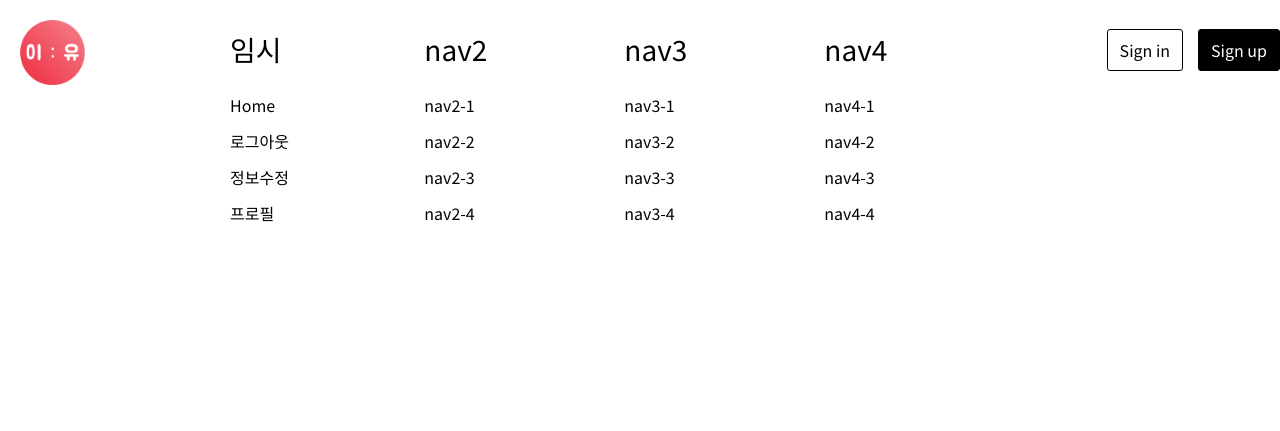
Repository: ryuwc/E_U
Page: /feeling (app in final-pjt-front/)
The author's editor kept a copy of each file at every save. The page is drawn from the files as they stood at one save, then again after the next save.
The browser window is 1280 px wide. The pictures show the whole page.
The page's requests for data from a server got no answer. Some web libraries are served in a nearby version. The project was rebuilt for these pictures with package versions that can differ from the ones it lists, and the page was loaded fresh each time. No one was signed in, and anything a server would have sent is missing. Also part of the build but not shown: final-pjt-front/vue.config.js.

Above is the page before, as saved 2022-11-23 11:28:35.

### final-pjt-front/public/index.html
<!DOCTYPE html>
<html lang="">
  <head>
    <meta charset="utf-8">
    <meta http-equiv="X-UA-Compatible" content="IE=edge">
    <meta name="viewport" content="width=device-width,initial-scale=1.0">
    <link rel="icon" href="<%= BASE_URL %>favicon.ico">
    <title>이:유</title>
    <link href="https://cdn.jsdelivr.net/npm/bootstrap@5.2.0/dist/css/bootstrap.min.css" rel="stylesheet" integrity="sha384-gH2yIJqKdNHPEq0n4Mqa/HGKIhSkIHeL5AyhkYV8i59U5AR6csBvApHHNl/vI1Bx" crossorigin="anonymous">
    <link rel="preconnect" href="https://fonts.googleapis.com">
    <link rel="preconnect" href="https://fonts.gstatic.com" crossorigin>
    <link href="https://fonts.googleapis.com/css2?family=Pacifico&display=swap" rel="stylesheet">

    <!-- 온보딩 -->
    <link rel="preconnect" href="https://fonts.googleapis.com" />
    <link rel="preconnect" href="https://fonts.gstatic.com" crossorigin />
    <link href="https://fonts.googleapis.com/css2?family=Noto+Sans+KR:wght@300;400;500;700&display=swap" rel="stylesheet" />
  </head>
  <body>
    <noscript>
      <strong>We're sorry but <%= htmlWebpackPlugin.options.title %> doesn't work properly without JavaScript enabled. Please enable it to continue.</strong>
    </noscript>
    <div id="app"></div>
    <!-- built files will be auto injected -->
    <script src="https://cdn.jsdelivr.net/npm/bootstrap@5.2.0/dist/js/bootstrap.bundle.min.js" integrity="sha384-A3rJD856KowSb7dwlZdYEkO39Gagi7vIsF0jrRAoQmDKKtQBHUuLZ9AsSv4jD4Xa" crossorigin="anonymous"></script>
    <script src="https://kit.fontawesome.com/703c5975bf.js" crossorigin="anonymous"></script>
  </body>
</html>

### final-pjt-front/src/main.js
import Vue from 'vue'
import App from './App.vue'
import store from './store'
import router from './router'
import './assets/tailwind.css'

Vue.config.productionTip = false

new Vue({
  store,
  router,
  render: h => h(App)
}).$mount('#app')

### final-pjt-front/src/App.vue
<template>
  <div id="app">
    <body>
      <header id="header">
        <div class="header">

          <img src="./image/logo.png"
          style="width: 65px; height: 65px; margin-left: 20px; margin-top: 20px; margin-bottom: 20px;"
          >

          <nav>
            <ul>
              <li>
                <div class="list">
                  <h3 class="nav_text">임시</h3>
                  <div class="hidden_nav_list">
                    <a href="">
                      <router-link  to="/home"><p class="hidden_nav_list_text">Home</p></router-link>
                    </a>
                    <a href="" @click.prevent="logOut">
                      <p class="hidden_nav_list_text">로그아웃</p>
                    </a>
                    <a href="">
                      <router-link to="/edit"><p class="hidden_nav_list_text">정보수정</p></router-link>
                    </a>
                    <a href="">
                      <router-link to="/profile"><p class="hidden_nav_list_text">프로필</p></router-link>
                    </a>
                  </div>
                </div>
              </li>
              <li>
                <div class="list">
                  <h3 class="nav_text">nav2</h3>
                  <div class="hidden_nav_list">
                    <a href="">
                      <p class="hidden_nav_list_text">nav2-1</p>
                    </a>
                    <a href="">
                      <p class="hidden_nav_list_text">nav2-2</p>
                    </a>
                    <a href="">
                      <p class="hidden_nav_list_text">nav2-3</p>
                    </a>
                    <a href="">
                      <p class="hidden_nav_list_text">nav2-4</p>
                    </a>
                  </div>
                </div>
              </li>
              <li>
                <div class="list">
                  <h3 class="nav_text">nav3</h3>
                  <div class="hidden_nav_list">
                    <a href="">
                      <p class="hidden_nav_list_text">nav3-1</p>
                    </a>
                    <a href="">
                      <p class="hidden_nav_list_text">nav3-2</p>
                    </a>
                    <a href="">
                      <p class="hidden_nav_list_text">nav3-3</p>
                    </a>
                    <a href="">
                      <p class="hidden_nav_list_text">nav3-4</p>
                    </a>
                  </div>
                </div>
              </li>
              <li>
                <div class="list">
                  <h3 class="nav_text">nav4</h3>
                  <div class="hidden_nav_list">
                    <a href="">
                      <p class="hidden_nav_list_text">nav4-1</p>
                    </a>
                    <a href="">
                      <p class="hidden_nav_list_text">nav4-2</p>
                    </a>
                    <a href="">
                      <p class="hidden_nav_list_text">nav4-3</p>
                    </a>
                    <a href="">
                      <p class="hidden_nav_list_text">nav4-4</p>
                    </a>
                  </div>
                </div>
              </li>
            </ul>
          </nav>

          <div class="header_button_group">
            <router-link v-if="!isLogin" to="/login"><button class="header_button_signin" style="color: black;">Sign in</button></router-link>
            <router-link v-if="!isLogin" to="/signup"><button class="header_button_signup">Sign up</button></router-link>
          </div>
        </div>
      </header>
    </body>


    <!-- 임시로 사용한 네브바 -->
    <!-- <nav>
      <router-link  to="/home">| Home |</router-link>
      <router-link v-if="!isLogin" to="/signup">| Sign Up |</router-link>
      <router-link v-if="!isLogin" to="/login">Login |</router-link>
      <button v-if="isLogin" @click="logOut">로그아웃 |</button>
      <router-link v-if="isLogin" to="/edit">정보수정</router-link> |
      <router-link v-if="isLogin" to="/profile">Profile |</router-link>
      <router-link to="/practice">연습</router-link> |
    </nav> -->

    <router-view />
  </div>
</template>

<script>
import { mapActions, mapGetters } from 'vuex';

const moviesStore = 'moviesStore';

export default {
  name: 'App',

  data() {
    return {
      header: null,
      logo: null,
      navText: null,
      hiddenNavText: null,
      headerBtnSignin: null,
    };
  },
  methods: {
    ...mapActions('accountsStore', ['logOut']),
    ...mapActions(moviesStore, ['getMovies']),
    ...mapActions(moviesStore, ['getNowMovies']),
    getId: (id) => {
      return document.getElementById(id);
    },
    getClass: (className) => {
      return document.getElementsByClassName(className);
    },
    test() {
      return console.log(this.getId('header'));
    },
    handleHoverHeader() {
      this.header.style.backgroundColor = '#fff';
      this.header.style.height = '250px';
      // if (this.headerBtnSignin) {
      //   this.headerBtnSignin[0].style.color = '#000';
      // }
      // this.logo.src = 'https://e7.pngegg.com/pngimages/941/692/png-clipart-black-small-apple-logo-logo-material-apple-logo.png';
      Object.values(this.navText).map((text) => (text.style.color = '#000'));
      Object.values(this.hiddenNavText).map((text) => {
        text.style.display = 'block';
        text.style.color = '#000';
      });
    },
    handleLeaveHeader() {
      this.header.style.backgroundColor = 'rgba(0,0,0,0)';
      this.header.style.height = '100px';
      // if (this.headerBtnSignin) {
      //   this.headerBtnSignin[0].style.color = '#fff';
      // }
      // this.logo.src = 'https://e7.pngegg.com/pngimages/941/692/png-clipart-black-small-apple-logo-logo-material-apple-logo.png';
      Object.values(this.navText).map((text) => (text.style.color = '#fff'));
      Object.values(this.hiddenNavText).map((text) => {
        text.style.display = 'none';
        text.style.color = '#000';
      });
    },
    main: () => {
      // header = this.getId('header');
    },
  },
  computed: {
    ...mapGetters('accountsStore', ['isLogin']),
    ...mapGetters('accountsStore', ['nickname']),
  },
  created() {
    this.getMovies(), this.getNowMovies();
  },
  mounted() {
    this.header = this.getId('header');
    this.logo = this.getId('logo');
    this.navText = this.getClass('nav_text');
    this.hiddenNavText = this.getClass('hidden_nav_list_text');
    this.headerBtnSignin = this.getClass('header_button_signin');
    // console.log(this.header);
    this.header.addEventListener('mouseover', this.handleHoverHeader);
    this.header.addEventListener('mouseleave', this.handleLeaveHeader);
  },
};
</script>


<style scoped>

body {
  margin: 0;
  padding: 0;
  width: 100%;
  height: 100%;
  background-color: white;
  color: white;
  font-family: 'Noto Sans KR', sans-serif;
}

body::-webkit-scrollbar {
  display: none;
}

h1,
h2,
h3,
h4,
h5,
h6,
ul,
li,
p {
  margin: 0;
  padding: 0;
}

ul {
  display: flex;
  height: 100%;
  list-style-type: none;
  color: inherit;
}

li {
  display: flex;
  justify-content: center;
  align-items: center;
  width: 120px;
  height: 100%;
  text-align: center;
  margin-right: 80px;
}

a {
  text-decoration: none;
  color: inherit;
}

button {
  background-color: #000;
  padding: 8px 12px;
  border: 1px solid #000;
  cursor: pointer;
  border-radius: 3px;
  color: white;
  height: fit-content;
}

button:hover {
  transform: scale(1.05);
}

button:active {
  transform: scale(0.97);
}

header {
  position: absolute;
  top: 0;
  width: 100%;
  /* height: 300px; */
  height: 100px;
  transition: 0.2s ease-in-out;
  z-index: 100;
  background-color: rgba(0, 0, 0, 0);
  overflow: hidden;
}

#header {
  display: flex;
  justify-content: center;
}

.header {
  display: flex;
  justify-content: space-between;
  width: 1280px;
  height: 100px;
}

.header_wrapper {
  display: flex;
  justify-content: space-between;
  /* width: 1280px; */
}

.logo {
  display: flex;
  align-items: center;
  width: 100px;
  height: 100px;
}

.logo img {
  width: 100%;
}

.header_button_group {
  display: flex;
  align-items: center;
  height: 100%;
}

.header_button_signin {
  margin-right: 15px;
  background-color: transparent;
}

.list {
  position: relative;
}

.hidden_nav_list {
  position: absolute;
  top: 60px;
  left: 0;
  width: 120px;
  text-align: left;
}

.hidden_nav_list p {
  margin-bottom: 12px;
  cursor: pointer;
}

.section {
  position: relative;
  width: 100vw;
  height: 100vh;
  transition: all 700ms ease 0s;
}

.section_text {
  position: absolute;
  display: flex;
  justify-content: center;
  width: 100vw;
  z-index: 2;
  top: 150px;
}

.section_header {
  top: 200px;
}

.section_text div {
  width: 1280px;
}

.section_text h2 {
  font-size: 64px;
  text-shadow: 2px 2px 2px #000;
}

.img {
  position: absolute;
  width: 100%;
  height: 100vh;
}

.img img {
  width: 100%;
  height: 100vh;
}

.more_btn {
  top: unset;
  bottom: 100px;
}

.more_btn button {
  width: 200px;
  height: 40px;
  background-color: #eee;
  border: 1px solid #000;
  color: #000;
  border: none;
  box-shadow: 2px 2px 5px rgba(0, 0, 0, 0.5);
}

#section_1_title,
#section_2_title,
#section_3_title,
#section_4_title,
#section_5_title,
#section_6_title {
  opacity: 0;
  transition: 0.5s ease-in-out;
  transition-delay: 0.5s;
  margin-left: 100px;
}

#section_6_btn {
  opacity: 0;
  transition: 0.5s ease-in-out;
  transition-delay: 0.5s;
  transform: translateY(100px);
}

#section_1_title {
  margin-left: 0;
}

.balls {
  width: 10em;
  display: flex;
  flex-flow: row nowrap;
  align-items: center;
  justify-content: space-between;
}

.balls div {
  width: 3em;
  height: 3em;
  border-radius: 50%;
  background-color: #fc2f70;
  transform: translateY(-100%);
  animation: wave 3s ease-in-out alternate infinite;
}

.balls div:nth-of-type(1) {
  animation-delay: -0.4s;
}

.balls div:nth-of-type(2) {
  animation-delay: -0.2s;
}
.balls div:nth-of-type(3) {
  animation-delay: -0.1s;
}

@keyframes wave {
  from {
    transform: translateY(-50%);
  }
  to {
    transform: translateY(50%);
  }
}

</style>

### final-pjt-front/src/store/index.js
import Vue from 'vue'
import Vuex from 'vuex'
import accountsStore from './modules/accountsStore'
import moviesStore from './modules/moviesStore';
import createPersistedState from "vuex-persistedstate";
import VuexPersistence from 'vuex-persistedstate'

Vue.use(Vuex)

const vuexLocal = new VuexPersistence({
  storage: window.localStorage,
  modules: ['accountsStore'],
})

export default new Vuex.Store({
  plugins: [createPersistedState()],

  state: {
  },
  getters: {
  },
  mutations: {
  },
  actions: {
  },
  modules: {
    accountsStore: accountsStore,
    moviesStore: moviesStore,
    plugins: [vuexLocal.plugin],
  }
})

### final-pjt-front/src/router/index.js
import Vue from 'vue'
import VueRouter from 'vue-router'

Vue.use(VueRouter)

const routes = [
  {
    path: '/signup',
    name: 'SignView',
    component: () => import('../views/accounts/SignUpView.vue')
  },
  {
    path: '/login',
    name: 'LoginView',
    component: () => import('../views/accounts/LoginView.vue'),

  //   beforeEnter(to, from, next) {
  //     // 이미 로그인 되어있는 경우
  //     this.$store.getters[accountsStore + "/i"] ? next({ name: "home" }) : next();
  //     to, from, next;
  //     console.log();
  //     // if (localStorage.getItem('token')) {
  //     //   // 메인 페이지로 이동
  //     //   next({ name: 'main' });
  //     // } else {
  //     //   next();
  //     // }
  //   }
  },
  {
    path: '/edit',
    name: 'EditUserView',
    component: () => import('../views/accounts/EditUserView.vue')
  },
  {
    path: '/profile/:id',
    name: 'ProfileView',
    component: () => import('../views/accounts/ProfileView.vue')
  },
  // {
  //   path: '/',
  //   name: 'IntroPageView',
  //   component: () => import('../views/movies/IntroPageView.vue')
  // },
  {
    path: '/home',
    name: 'MovieView',
    component: () => import('../views/movies/MovieView.vue')
  },
  {
    path: '/practice',
    name: 'PracticeView',
    component: () => import('../views/accounts/PracticeView.vue')
  },
  {
    path: '/test',
    name: 'TestView',
    component: () => import('../views/accounts/TestView.vue')
  },
  {
    path: '/choice',
    name: 'ChoiceMovieView',
    component: () => import('../views/accounts/ChoiceMovieView.vue')
  },
  {
    path: '/random',
    name: 'RandomMovieView',
    component: () => import('../views/movies/RandomMovieView.vue')
  },
  {
    path: '/feeling',
    name: 'FeelingMovieView',
    component: () => import('../views/movies/FeelingMovieView.vue')
  },
  {
    path: '/movies/:id',
    name: 'MovieDetailInfoView',
    component: () => import('../views/movies/MovieDetailInfoView.vue')
  },
  {
    path: '/',
    name: 'onBoardingView',
    component: () => import('../views/onBoardingView.vue')
  },
  {
    path: '/test2',
    name: 'TestTwoView',
    component: () => import('../views/TestTwoView.vue')
  },
  {
    path: '/test3',
    name: 'TestThree',
    component: () => import('../views/testThree.vue')
  },
  {
    path: '/maintest',
    name: 'MainTest',
    component: () => import('../views/MainTest.vue')
  },
  {
    path: '*',
    name: 'NotPound404View',
    component: () => import('../views/NotPound404View.vue')
  },
]

const router = new VueRouter({
  mode: 'history',
  base: process.env.BASE_URL,
  routes
})

// 로컬스토리지에서 토큰 가져오기
// console.log(JSON.parse(localStorage.getItem("vuex")).accountsStore.token);


// // 전역 가드
// router.beforeEach((to, from, next) => {
//   // 로그인 되어 있는지 확인 (위의 방법 확인)
//   const isLogin = JSON.parse(localStorage.getItem("vuex")).accountsStore.token ? true : false;
//   // 로그인이 필요한 페이지
//   const authPages = ['EditUserView', 'profile'];
//   // 앞으로 이동할 페이지(to)가 로그인이 필요한 페이지에 속하는지 확인
//   const authRequired = authPages.includes(to.name);
//   // 로그인이 필요한 페이지에 로그인이 되어 있지 않으면 로그인 페이지로 이동
//   if (authRequired && !isLogin) {
//     next('/login');
//     // 로그인이 필요 없는 페이지에 로그인이 되어 있으면 메인 페이지로 이동
//   } else{
//     next();
//   }
// })

export default router

### final-pjt-front/src/store/modules/accountsStore.js
import axios from "axios";
import router from "@/router";

const API_URL = "http://127.0.0.1:8000";

const accountsStore = {
  namespaced: true,
  state: {
    token: "",
    user: {},
    usernames: [],
  },
  getters: {
    authHead: (state) => ({ Authorization: `Token ${state.token}` }),
    user: (state) => state.user,
    username: (state) => state.user.username,
    nickname: (state) => state.user.nickname || state.user.username,
    isLogin: (state) => state.token ? true : false,
    usernames: (state) => state.usernames,

  },
  mutations: {
    SET_TOKEN: (state, token) => ( state.token = token ),
    SET_USER: (state, user) => (state.user = user),
  },
  actions: {
    test() {
      console.log("test");
    },
    getUserInfo({ commit, getters }, username) {
      axios({
        method: "get",
        url: `${API_URL}/accounts/profile/${username}`,
        headers: getters.authHead,
      })
        .then((res) => {
          console.log(res.data);
          commit("SET_USER", res.data);
        })
        .catch((err) => {
          console.log(err);
        });
    },

    signUp({ state }, user) {
      // console.log("sign up");
      // console.log(user);
      let signUpuser = {
        username: user.username,
        nickname: user.nickname,
        password1: user.password1,
        password2: user.password2,
      };
      if (!user.nickname) {
        signUpuser = {
          username: user.username,
          password1: user.password1,
          password2: user.password2,
        };
      }
      // console.log(signUpuser);
      axios({
        method: "post",
        url: "http://127.0.0.1:8000/accounts/signup/",
        data: { ...signUpuser },
      })
        .then((res) => {
          res
          state.usernames.push(user.username);
          router.push({ name: "LoginView" });
        })
        .catch((err) => {
          console.log(err);
        });
    },
    login({ commit, dispatch }, user) {
        // console.log(user);
        axios({
          method: 'post',
          url: `${API_URL}/accounts/login/`,
          data: { ...user },
        })
        .then(res => {
          // console.log(res);
          commit('SET_TOKEN', res.data.key);
          dispatch('getUserInfo', user.username);
        })
        .catch((err) => {
          console.log(err);
        });
      },
      logOut({ commit, getters }) {
        // console.log("logout", getters.authHead);
        axios({
          method: 'post',
          url: `${API_URL}/accounts/logout/`,
          headers: getters.authHead,
        })
        .then(res => {
          console.log(res);
          commit('SET_TOKEN', '');
          commit('SET_USER', {});
        })
        .catch(err => {
          console.log(err);
        })
      },
      editUserInfo({ dispatch, commit, getters }, user) {
        // console.log(user);
        commit
        user
        const userOrigin = getters.user;
        // console.log(userOrigin);
        const userNew = { ...userOrigin, ...user };
        // console.log(userNew);
        // console.log(getters.authHead);
        axios({
          method: 'put',
          url: `${API_URL}/accounts/profile/${getters.username}/`,
          data: { ...userNew },
          headers: getters.authHead,
        })
        .then(res => {
          console.log(res);
          // commit('SET_USER', res.data);
          dispatch('getUserInfo', res.data.username);
        })
      },
      editPassword({ getters }, password) {
        // console.log(password);
        axios({
          method: 'post',
          url: `${API_URL}/accounts/password/change/`,
          headers: getters.authHead,
          data: { ...password },
        })
        .then(() => {
          alert('비밀번호 변경에 성공했습니다.');
        })
        .catch(err => {
          console.log(err);
        })
      },
  }
}

export default accountsStore

### final-pjt-front/src/views/movies/FeelingMovieView.vue
<template>
  <body style="margin-top: 7rem; top: 0;">
    <div class="menu">
      <div class="toggle"></div>
    </div>
  </body>
</template>

<script>
export default {
  name: 'FeelingMovieView',

  data() {
    return {

    };
  },

  mounted() {

  },

  methods: {

  },
};
</script>

<style scoped>
.menu {
  position: relative;
  width: 280px;
  height: 280px;
}


</style>

### final-pjt-front/tailwind.config.js
/** @type {import('tailwindcss').Config} */
module.exports = {
  corePlugins: {
    preflight: false,
  },
  content: [
      './src/views/accounts/*.{vue,js,ts,jsx,tsx}',
      './src/views/movies/MovieDetailInfoView.vue',
      './src/views/NotPound404View.vue',
      './src/components/ReviewCandi1.vue',
      './src/views/TestTwoView.vue',
      // './src/components/MoviveCard.vue',
      './src/components/PosterSlider.vue',
      './src/components/MovieClip.vue',
      './src/components/MovieDetailR.vue',
    ],
  theme: {
    extend: {},
  },
  plugins: [],
}

Loaded but not shown: final-pjt-front/src/assets/tailwind.css (common file); final-pjt-front/src/store/modules/moviesStore.js (237 lines, source omitted)

After the next save:
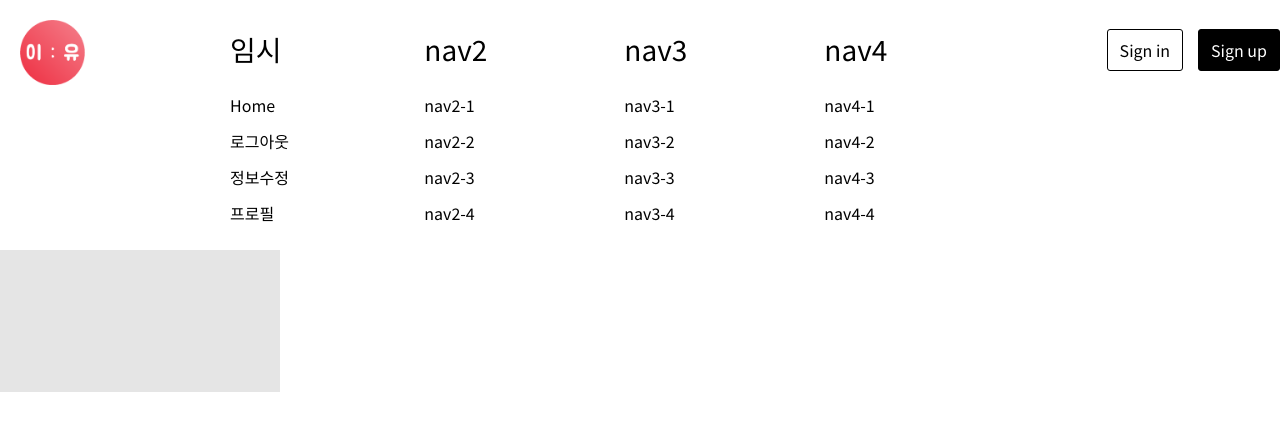
Saved 38 s later.
--- a/final-pjt-front/src/views/movies/FeelingMovieView.vue
+++ b/final-pjt-front/src/views/movies/FeelingMovieView.vue
@@ -31,6 +31,8 @@ export default {
   position: relative;
   width: 280px;
   height: 280px;
+  background: rgba(0, 0, 0, 0.1);
+
 }
 
 
